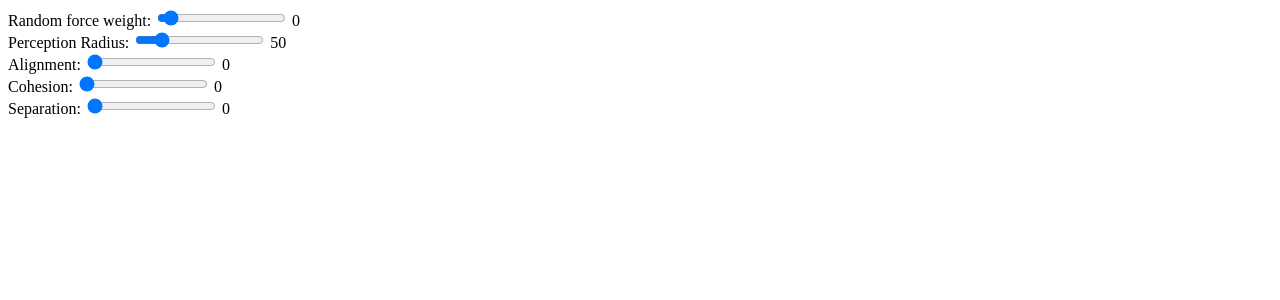
Repository: eltonsampaio12/boids
Page: index.html
An editor plug-in stored every save of this project. The page is shown before and after the next save, followed by the edit.
The browser window is 1280 px wide. The pictures show the whole page.

Above is the page before, as saved 2024-02-01 23:28:37.
Not found: main.ts

### index.html
<!DOCTYPE html>
<html lang="en">
  <head>
    <meta charset="utf-8" />
    <title>My first three.js app</title>
    <style></style>
  </head>
  <body>
    <script type="module" src="/main.ts"></script>

    <div class="container">
      <div class="parameterParent">
        <label for="randomForceSlider">Random force weight:</label>
        <input
          type="range"
          id="randomForceSlider"
          min="0"
          max="4"
          value="0.2"
          step="0.01"
        />
        <span id="randomForceValue">0</span>
      </div>
      <div class="parameterParent">
        <label for="perceptionRadiusSlider">Perception Radius:</label>
        <input
          type="range"
          id="perceptionRadiusSlider"
          min="0"
          max="300"
          value="50"
          step="1"
        />
        <span id="perceptionRadiusValue">50</span>
      </div>

      <div class="parameterParent">
        <label for="alignmentSlider">Alignment:</label>
        <input
          type="range"
          id="alignmentSlider"
          min="0.000001"
          max="1"
          value="0"
          step="0.01"
        />
        <span id="alignmentValue">0</span>
      </div>

      <div class="parameterParent">
        <label for="cohesionSlider">Cohesion:</label>
        <input
          type="range"
          id="cohesionSlider"
          min="0.000001"
          max="1"
          value="0"
          step="0.01"
        />
        <span id="cohesionValue">0</span>
      </div>

      <div class="parameterParent">
        <label for="separationSlider">Separation:</label>
        <input
          type="range"
          id="separationSlider"
          min="0.000001"
          max="1"
          value="0"
          step="0.01"
        />
        <span id="separationValue">0</span>
      </div>
    </div>
  </body>
</html>

After the next save:
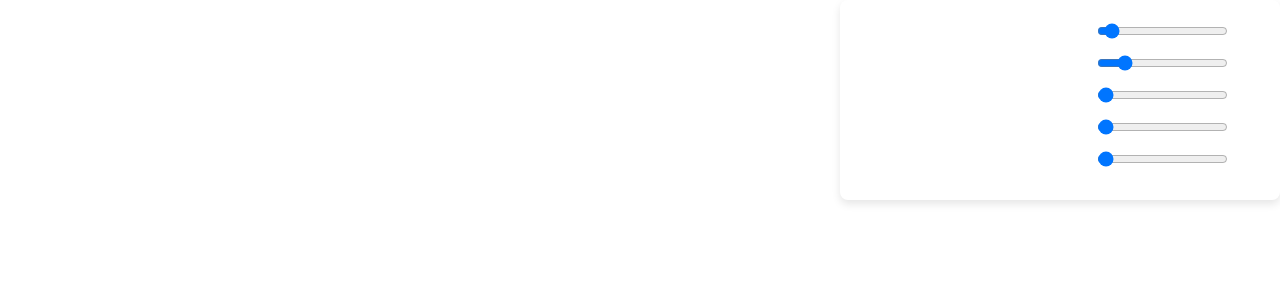
Saved 45 s later.
--- a/index.html
+++ b/index.html
@@ -3,7 +3,52 @@
   <head>
     <meta charset="utf-8" />
     <title>My first three.js app</title>
-    <style></style>
+    <style>
+      body {
+        margin: 0;
+        color: white;
+        font-family: "Arial", sans-serif;
+      }
+
+      .container {
+        position: fixed;
+        top: 0;
+        right: 0;
+        padding: 20px;
+        border-radius: 8px;
+        box-shadow: 0 4px 8px rgba(0, 0, 0, 0.1);
+        text-align: center;
+        display: flex;
+        flex-direction: column;
+        align-items: end;
+        z-index: 2;
+        background-color: redx;
+      }
+
+      .parameterParent {
+        width: 400px;
+        display: flex;
+        align-items: center;
+        margin-bottom: 10px;
+      }
+
+      label {
+        margin-right: 10px;
+        font-weight: bold;
+        flex: 1;
+      }
+
+      input {
+        border: 1px solid #ccc;
+        border-radius: 4px;
+        outline: none;
+      }
+
+      span {
+        font-weight: bold;
+        width: 30px;
+      }
+    </style>
   </head>
   <body>
     <script type="module" src="/main.ts"></script>
